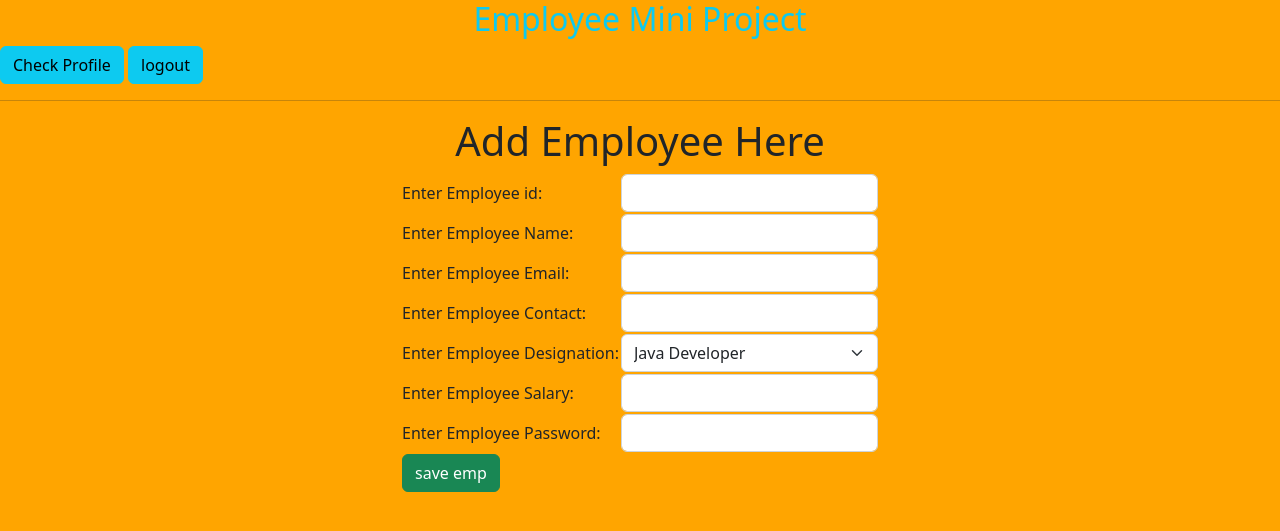
Repository: mca45034/MiniProjectp3
Page: http://localhost/miniproject/addEmployee.jsp
These files come from the project's save history. The page is drawn as it stood at one moment and after the next save; the edit follows.
The browser window is 1280 px wide. The pictures show the whole page.
The page is served by Tomcat 9. Other server files are loaded and not shown.

Above is the page before, as saved 2024-03-03 15:14:18.

### project/miniproject/src/main/webapp/addEmployee.jsp
<%@ page language="java" contentType="text/html; charset=ISO-8859-1"
    pageEncoding="ISO-8859-1"%>
<!DOCTYPE html>
<html>
<head>
<meta charset="ISO-8859-1">
<title>Add Employee</title>

</head>
<body>
<%-- <jsp:include page="/jsp/header.jsp"></jsp:include> --%>
<%@ include file="header.jsp" %>

<form action="employeec" method="post">
<center>
<h1>Add Employee Here</h1>
<%
String msg=(String)request.getAttribute("msg");
if(msg!=null){

%>
<h5 style="color:green"><%=msg %></h5>
<%} %>
<input type="hidden" name="action" value="addemp">
	<table>
	<tr>
			<td>Enter Employee id:</td>
			<td><input type="text" name="empid" class="form-control"></td>
		</tr>
		<tr>
			<td>Enter Employee Name:</td>
			<td><input type="text" name="empname" class="form-control"></td>
		</tr>
		<tr>
			<td>Enter Employee Email:</td>
			<td><input type="text" name="empemail" class="form-control"></td>
		</tr>
		<tr>
			<td>Enter Employee Contact:</td>
			<td><input type="text" name="empcontact" class="form-control"></td>
		</tr>
		<tr>
			<td>Enter Employee Designation:</td>
			<td>
				<select name="empdesignation"  class="form-select" >
					<option>Java Developer</option>
					<option>Python Developer</option>
					<option>Manual Tester</option>
					<option>Automation Tester</option>
					<option>Data Analytics</option>
				</select>
			</td>
		</tr>
		<tr>
			<td>Enter Employee Salary:</td>
			<td><input type="text" name="empsal" class="form-control"></td>
		</tr>
		<tr>
			<td>Enter Employee Password:</td>
			<td><input type="password" name="emppass" class="form-control"></td>
		</tr>
		<tr>
			<td><button class="btn btn-success">save emp</button></td>
		</tr>
	</table>
</form>

</center>
</body>
</html>

### project/miniproject/src/main/webapp/header.jsp
<%@ page language="java" contentType="text/html; charset=ISO-8859-1"
	pageEncoding="ISO-8859-1"%>
<!DOCTYPE html>
<html>
<head>
<meta charset="ISO-8859-1">
<title>Insert title here</title>
<link rel="stylesheet"
	href="https://cdn.jsdelivr.net/npm/bootstrap@5.2.3/dist/css/bootstrap.min.css">
<style type="text/css">
body{
      background-color: orange;
    }
</style>
</head>
<body>
	<center>
<h2 class="text-info">Employee Mini Project</h2>
</center>
	<%
		String user = (String) session.getAttribute("usertype");

		if (user != null) {
	%>
	<h3>
		Hii,
		<%=user%></h3>
	<%
		}
	%>

	<%
		if (user != null && user.equalsIgnoreCase("admin")) {
	%>
	<a href="addEmployee.jsp" class="btn btn-info">Add Employee</a>
	<a href="employeec" class="btn btn-info">show Employee list</a>

	<%
		}

		else if (user != null || user != "admin") {
	%>
	<a href="employeec?action=editbyemail&email=<%=user%>"
		class="btn btn-info">Check Profile</a>
	<%
		}
	%>
	<a href="loginc" class="btn btn-info">logout</a>
	<h1><hr></h1>
</body>
</html>

After the next save:
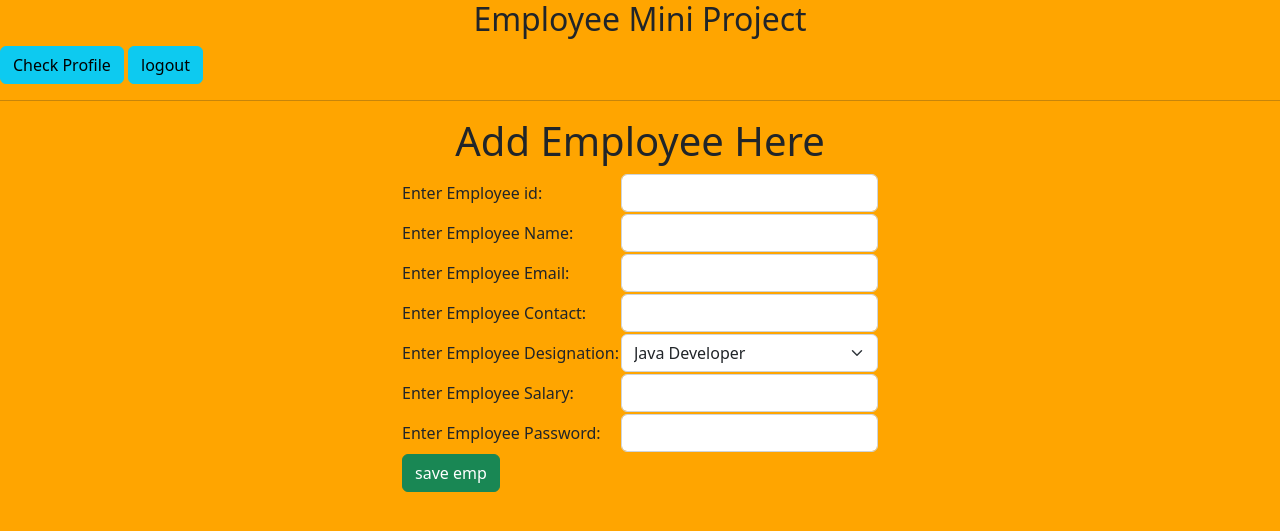
Saved 3 min 4 s later.
--- a/project/miniproject/src/main/webapp/header.jsp
+++ b/project/miniproject/src/main/webapp/header.jsp
@@ -15,7 +15,7 @@ body{
 </head>
 <body>
 	<center>
-<h2 class="text-info">Employee Mini Project</h2>
+<h2 class="text-dark">Employee Mini Project</h2>
 </center>
 	<%
 		String user = (String) session.getAttribute("usertype");
